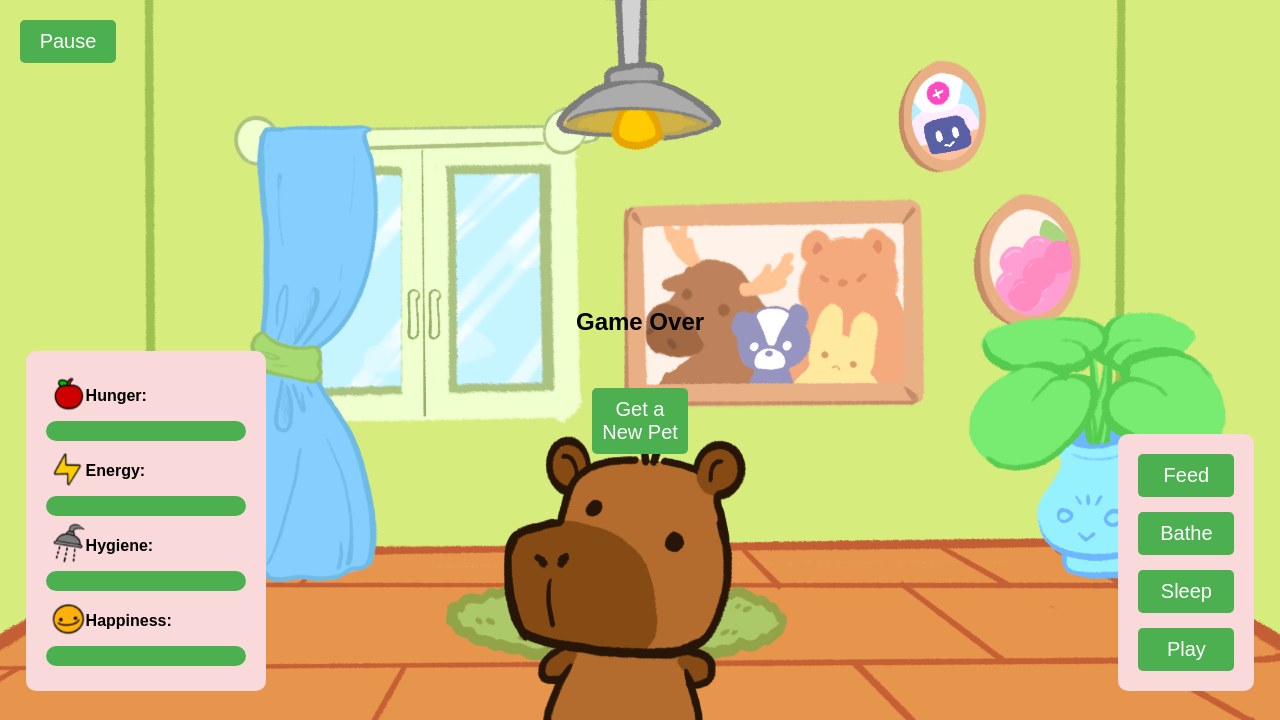
Repository: sarahjx/CapyCare
Page: html/index.html
These files come from the project's save history. The page is drawn as it stood at one moment and after the next save; the edit follows.
The browser window is 1280 px wide. The pictures show the whole page.
Some web fonts or font styles are not loaded; a fallback is used.

Above is the page before, as saved 2025-05-01 14:47:48.
Console error: TypeError: Cannot set properties of null (setting 'innerText')

### html/index.html
<!-- @format -->

<!DOCTYPE html>
<html lang="en">
  <head>
    <meta charset="UTF-8" />
    <meta name="viewport" content="width=device-width, initial-scale=1.0" />
    <title>Virtual Pet Game</title>
    <link rel="preconnect" href="https://fonts.googleapis.com">
    <link rel="preconnect" href="https://fonts.gstatic.com" crossorigin>
    <link href="https://fonts.googleapis.com/css2?family=McLaren&display=swap" rel="stylesheet">
    <link rel="stylesheet" href="../css/statusbar.css" />
  </head>
  <body>

    <div class="pet-container">
      <img class="pet-image" src="../images/capybara.png" alt="capybara" />
    </div>

    <div class="status-bar-container">

      <div class="status-bar">
        <div class="status-icon-container">
        <span class="hunger-icon"><img src="../images/hunger.svg" alt="hunger icon"></span>
        <span class="status-label">Hunger:</span>
        </div>
        <div class="status-progress">
          <div id="hunger-fill" class="status-fill"></div>
        </div>
        <div id="hunger-warning" class="warning"></div>
      </div>

      <div class="status-bar">
        <div class="status-icon-container">
        <span class="energy-icon"><img src="../images/energy.svg" alt="energy icon"></span>
        <span class="status-label">Energy:</span>
        </div>
        <div class="status-progress">
          <div id="energy-fill" class="status-fill"></div>
        </div>
        <div id="energy-warning" class="warning"></div>
      </div>

      <div class="status-bar">
        <div class="status-icon-container">
        <span class="hygiene-icon"><img src="../images/hygiene.svg" alt="hygiene icon"></span>
        <span class="status-label">Hygiene:</span>
        </div>
        <div class="status-progress">
          <div id="hygiene-fill" class="status-fill"></div>
        </div>
        <div id="hygiene-warning" class="warning"></div>
      </div>

      <div class="status-bar">
        <div class="status-icon-container">
        <span class="happiness-icon"><img src="../images/happiness.svg" alt="hygiene icon"></span>
        <span class="status-label">Happiness:</span>
        </div>
        <div class="status-progress">
          <div id="happiness-fill" class="status-fill"></div>
        </div>
        <div id="happiness-warning" class="warning"></div>
      </div>
    </div>

      <div class="action-buttons">
        <button onclick="feedPet(currentPet)">Feed</button>
        <button onclick="bathePet(currentPet)">Bathe</button>
        <button onclick="bedtime(currentPet)">Sleep</button>
        <button onclick="touchPet(currentPet)">Play</button>
      </div>
      <button id="pauseButton" onclick="togglePause()" class="pause-button">
        Pause
      </button>
    </div>

    <div id="gameOverScreen" class="game-over-screen">
      <div class="game-over-content">
        <h2>Game Over</h2>
        <p id="gameOverMessage"></p>
        <button onclick="resetGame()">Get a New Pet</button>
      </div>
    </div>

    <script src="../backend/status.js"></script>
  </body>
</html>

### css/statusbar.css
/** @format */

:root {
  --primary-color: #f9d9d9;
  --secondary-color: #d9e7f9;
  --tertiary-color: #fff1fb;
  --accent-color: #f7efd7;
  --text-color: #333;
  --spacing-xs: 0.5rem;
  --spacing-sm: 0.75rem;
  --spacing-md: 1rem;
  --spacing-lg: 1.5rem;
  --spacing-xl: 2rem;
  --spacing-xxl: 3rem;
  --font-family: "McLaren", sans-serif;
  --font-size-xs: 0.75rem;
  --font-size-sm: 0.875rem;
  --font-size-md: 1rem;
  --font-size-lg: 1.125rem;
  --font-size-xl: 1.25rem;
  --font-size-xxl: 1.5rem;
}

body {
  font-family: var(--font-family);
  margin: 0 auto;
  padding: 20px;
  background-image: url("../images/room.png");
  background-size: cover;
  background-repeat: no-repeat;
  background-attachment: fixed;
  background-position: center;
}

.pet-container {
  display: flex;
  flex-direction: column;
  align-items: center;
  justify-content: center;
}

.pet-image {
  transform: scale(0.3);
  position: fixed;
  margin-top: 1200px;
}

.status-bar-container {
  position: fixed;
  background-color: var(--primary-color);
  padding: 20px;
  border-radius: 10px;
  display: inline-flex;
  flex-direction: column;
  bottom: 4%;
  left: 2%;
}

.status-icon-container {
  display: flex;
  align-items: center;
  margin-bottom: 0;
}

.hunger-icon,
.energy-icon,
.happiness-icon,
.hygiene-icon {
  width: 10px;
  height: auto;
  margin-right: 30px;
}

.status-bar {
  margin: 0;
}

.status-label {
  display: inline-block;
  width: 100px;
  font-weight: bold;
  margin: 0;
}

.status-progress {
  width: 200px;
  height: 20px;
  background-color: #ffffff;
  border-radius: 10px;
  overflow: hidden;
  position: relative;
}

.status-fill {
  height: 100%;
  width: 100%;
  position: absolute;
  left: 0;
  top: 0;
  background-color: #4caf50;
  transition: width 0.3s ease;
}

.status-row {
  display: flex;
  align-items: center;
  gap: 10px;
  margin-bottom: 10px;
}

.status-icon {
  width: 24px;
  height: 24px;
}

.status-value {
  min-width: 50px;
  text-align: right;
  font-weight: bold;
  color: #333;
}

.action-buttons {
  margin-top: 20px;
  display: inline-flex;
  flex-direction: column;
  padding: 20px;
  border-radius: 10px;
  gap: 15px;
  background-color: var(--primary-color);
  position: fixed;
  right: 2%;
  bottom: 4%;
}

button {
  padding: 10px;
  border: none;
  border-radius: 5px;
  background-color: #4caf50;
  color: white;
  cursor: pointer;
  transition: background-color 0.3s;
  width: 6rem;
  font-family: var(--font-family);
  font-weight: 7pt;
  font-size: var(--font-size-xl);
}

button:hover {
  background-color: #45a049;
}

.warning {
  color: #ff9800;
  font-weight: bold;
  margin-top: 5px;
}

.critical {
  color: #f44336;
  font-weight: bold;
  margin-top: 5px;
}

.hidden {
  display: none;
}

.game-over-content {
  /* display: none; */
  position: fixed;
  display: flex;
  flex-direction: column;
  justify-content: center;
  align-items: center;
  left: 45%;
  top: 40%;
  padding: 0;
  margin: 0;
  background-color: 0000;


}

### backend/status.js
/** @format */

function Personality(favFood, active, clean, clingy, foodLover, introText) {
  this.favFood = favFood;
  this.active = active;
  this.clean = clean;
  this.clingy = clingy;
  this.foodLover = foodLover;
  this.intro = introText;
}

const mix1 = new Personality(
  "Sunfruit",
  true,
  true,
  true,
  true,
  "This pet is energetic and playful, always ready to explore or play. They love the taste of Sunfruit and will happily eat it when offered, but they'll need constant attention, so expect lots of petting and cuddling. Despite their active nature, they stay clean and are easy to bathe. This pet loves affection and will return it in kind!"
);
const mix2 = new Personality(
  "Snakberry",
  true,
  true,
  false,
  true,
  "This pet is full of energy and loves to make the most of their days. They are particularly fond of Snakberries, which they will devour happily, but they tend to get hungry more often due to their high energy levels. Despite their active nature, they keep themselves clean and are easy to bathe. They're not overly clingy, so while they'll happily spend time with you, they won't be demanding affection constantly."
);
const mix3 = new Personality(
  "Dreamleaf",
  false,
  false,
  true,
  false,
  "This pet is laid-back and enjoys spending time with you, always seeking your company. They love Dreamleaf as a treat, but they're not particularly food-driven and don't get hungry as often. While they may get a little dirty from time to time, they tend to move around when you try to bathe them. Expect them to seek out your attention frequently, and be ready to shower them with love when they come to you for pets."
);

const personalities = [mix1, mix2, mix3];

// Global variables
let currentPet = null;
let hunger = 100;
let energy = 100;
let hygiene = 100;
let happiness = 100;
let isGameOver = false;
let isPaused = false;

// Store interval IDs globally
let hungerInterval = null;
let energyInterval = null;
let hygieneInterval = null;
let happinessInterval = null;

// Initialize the game
function initializeGame() {
  currentPet = getRandomPersonality();
  hunger = 100;
  energy = 100;
  hygiene = 100;
  happiness = 100;
  updateStatusBars();
  updateIntervals();
}

function getRandomPersonality() {
  const randomIndex = Math.floor(Math.random() * personalities.length);
  currentPet = personalities[randomIndex];
  console.log("New pet initialized:", currentPet.intro);
  return currentPet;
}

// Personality-based status decrease functions
function decreaseHunger() {
  if (!currentPet || isGameOver) return;
  const decreaseAmount = currentPet.foodLover ? 15 : 10;
  hunger = Math.max(0, hunger - decreaseAmount);
  updateStatusBars();
  if (hunger === 0 && checkGameOver()) return;
}

function decreaseEnergy() {
  if (!currentPet || isGameOver) return;
  const decreaseAmount = currentPet.active ? 15 : 10;
  energy = Math.max(0, energy - decreaseAmount);
  updateStatusBars();
  if (energy === 0 && checkGameOver()) return;
}

function decreaseHygiene() {
  if (!currentPet || isGameOver) return;
  const decreaseAmount = currentPet.clean ? 8 : 12;
  hygiene = Math.max(0, hygiene - decreaseAmount);
  updateStatusBars();
  if (hygiene === 0 && checkGameOver()) return;
}

function decreaseHappiness() {
  if (!currentPet || isGameOver) return;
  const decreaseAmount = currentPet.clingy ? 15 : 10;
  happiness = Math.max(0, happiness - decreaseAmount);
  updateStatusBars();
  if (happiness === 0 && checkGameOver()) return;
}

// Update intervals with personality-based timing
function updateIntervals() {
  // Clear any existing intervals
  if (hungerInterval) clearInterval(hungerInterval);
  if (energyInterval) clearInterval(energyInterval);
  if (hygieneInterval) clearInterval(hygieneInterval);
  if (happinessInterval) clearInterval(happinessInterval);

  // Set new intervals based on personality
  hungerInterval = setInterval(
    () => {
      decreaseHunger();
      warning();
    },
    currentPet.foodLover ? 6000 : 8000
  );

  energyInterval = setInterval(
    () => {
      decreaseEnergy();
      warning();
    },
    currentPet.active ? 8000 : 12000
  );

  hygieneInterval = setInterval(
    () => {
      decreaseHygiene();
      warning();
    },
    currentPet.clean ? 18000 : 15000
  );

  happinessInterval = setInterval(
    () => {
      decreaseHappiness();
      warning();
    },
    currentPet.clingy ? 8000 : 10000
  );

  console.log("Intervals updated for pet:", currentPet.intro);
}

// Pause game function
function pauseGame() {
  if (hungerInterval) clearInterval(hungerInterval);
  if (energyInterval) clearInterval(energyInterval);
  if (hygieneInterval) clearInterval(hygieneInterval);
  if (happinessInterval) clearInterval(happinessInterval);
  console.log("Game paused");
}

// Resume game function
function resumeGame() {
  updateIntervals();
  console.log("Game resumed");
}

function touchPet(personality) {
  if (personality.clingy) {
    gainStatus("happiness");
    console.log("Your pet loves the attention!");
  } else {
    loseStatus("happiness");
    console.log("Your pet prefers their space.");
  }
}

function feedPet(personality) {
  gainStatus("hunger"); // Always increase hunger
  if (personality.foodLover) {
    gainStatus("happiness");
    console.log("Your pet loves the food!");
  } else {
    loseStatus("happiness");
    console.log("Your pet isn't very interested in food.");
  }
}

function bathePet(personality) {
  gainStatus("hygiene"); // Always increase hygiene
  if (personality.clean) {
    gainStatus("happiness");
    console.log("Your pet enjoys being clean!");
  } else {
    loseStatus("happiness");
    console.log("Your pet doesn't like baths.");
  }
}

function bedtime(personality) {
  const petImage = document.querySelector(".pet-image");
  if (petImage) {
    // Store the current image to return to
    const currentImage = petImage.src;

    // Show sleeping animation
    petImage.src = "../images/Sleep.PNG";

    // After 3 seconds, restore the previous state
    setTimeout(() => {
      updatePetImage();
    }, 3000);
  }

  gainStatus("energy"); // Always increase energy
  if (personality.active) {
    loseStatus("happiness");
    console.log("Your pet is too energetic to sleep!");
  } else {
    gainStatus("happiness");
    console.log("Your pet enjoys resting.");
  }
}

function gainStatus(category) {
  switch (category) {
    case "hunger":
      if (hunger >= 100) {
        console.log("Hunger is full!");
      } else if (hunger < 100) {
        hunger += 10;
        console.log("Hunger: " + hunger);
      }
      break;
    case "energy":
      if (energy >= 100) {
        console.log("Energy is full!");
      } else if (energy < 100) {
        energy += 10;
        console.log("Energy: " + energy);
      }
      break;
    case "hygiene":
      if (hygiene >= 100) {
        console.log("Hygiene is full!");
      } else if (hygiene < 100) {
        hygiene += 10;
        console.log("Hygiene: " + hygiene);
      }
      break;
    case "happiness":
      if (happiness >= 100) {
        console.log("Happiness is full!");
      } else if (happiness < 100) {
        happiness += 10;
        console.log("Happiness: " + happiness);
      }
      break;
    default:
      console.log("Invalid category");
  }
}

function loseStatus(category) {
  switch (category) {
    case "hunger":
      if (hunger <= 0) {
        console.log("Hunger is empty!");
        hunger = 0;
      } else if (hunger > 0) {
        hunger -= 10;
        console.log("Hunger: " + hunger);
      }
      break;
    case "energy":
      if (energy <= 0) {
        console.log("Energy is empty!");
        energy = 0;
      } else if (energy > 0) {
        energy -= 10;
        console.log("Energy: " + energy);
      }
      break;
    case "hygiene":
      if (hygiene <= 0) {
        console.log("Hygiene is empty!");
        hygiene = 0;
      } else if (hygiene > 0) {
        hygiene -= 10;
        console.log("Hygiene: " + hygiene);
      }
      break;
    case "happiness":
      if (happiness <= 0) {
        console.log("Happiness is empty!");
        happiness = 0;
      } else if (happiness > 0) {
        happiness -= 3;
        console.log("Happiness: " + happiness);
      }
      break;
    default:
      console.log("Invalid category");
  }
}

function warning() {
  // Hunger warnings
  if (hunger <= 50 && hunger > 20) {
    document.getElementById("hunger-warning").textContent =
      "Your pet is getting hungry!";
    document.getElementById("hunger-warning").className = "warning";
  } else if (hunger <= 20 && hunger > 0) {
    document.getElementById("hunger-warning").textContent =
      "Your pet is starving!";
    document.getElementById("hunger-warning").className = "critical";
  } else {
    document.getElementById("hunger-warning").textContent = "";
  }

  // Energy warnings
  if (energy <= 50 && energy > 20) {
    document.getElementById("energy-warning").textContent =
      "Your pet is getting tired!";
    document.getElementById("energy-warning").className = "warning";
  } else if (energy <= 20 && energy > 0) {
    document.getElementById("energy-warning").textContent =
      "Your pet is exhausted!";
    document.getElementById("energy-warning").className = "critical";
  } else {
    document.getElementById("energy-warning").textContent = "";
  }

  // Hygiene warnings
  if (hygiene <= 50 && hygiene > 20) {
    document.getElementById("hygiene-warning").textContent =
      "Your pet needs a bath!";
    document.getElementById("hygiene-warning").className = "warning";
  } else if (hygiene <= 20 && hygiene > 0) {
    document.getElementById("hygiene-warning").textContent =
      "Your pet is filthy!";
    document.getElementById("hygiene-warning").className = "critical";
  } else {
    document.getElementById("hygiene-warning").textContent = "";
  }

  // Happiness warnings
  if (happiness <= 50 && happiness > 20) {
    document.getElementById("happiness-warning").textContent =
      "Your pet is getting sad!";
    document.getElementById("happiness-warning").className = "warning";
  } else if (happiness <= 20 && happiness > 0) {
    document.getElementById("happiness-warning").textContent =
      "Your pet is depressed!";
    document.getElementById("happiness-warning").className = "critical";
  } else {
    document.getElementById("happiness-warning").textContent = "";
  }
}

function checkGameOver() {
  if (hunger <= 0 || energy <= 0 || hygiene <= 0 || happiness <= 0) {
    isGameOver = true;
    pauseGame();
    showGameOver();
    return true;
  }
  return false;
}

function showGameOver() {
  let reason = "";
  if (hunger <= 0) reason = "Your pet starved to death!";
  else if (energy <= 0) reason = "Your pet died from exhaustion!";
  else if (hygiene <= 0) reason = "Your pet died from poor hygiene!";
  else if (happiness <= 0) reason = "Your pet died from sadness!";

  console.log("GAME OVER: " + reason);
  document.getElementById("gameOverMessage").textContent = reason;
  document.getElementById("gameOverScreen").style.display = "flex";
}

function resetGame() {
  isGameOver = false;
  hunger = 100;
  energy = 100;
  hygiene = 100;
  happiness = 100;
  document.getElementById("gameOverScreen").style.display = "none";
  currentPet = getRandomPersonality();
  updateStatusBars();
  updateIntervals();
}

function togglePause() {
  isPaused = !isPaused;
  const pauseButton = document.getElementById("pauseButton");
  const buttons = document.querySelectorAll(
    ".buttons button:not(#pauseButton)"
  );

  if (isPaused) {
    pauseButton.textContent = "Resume";
    pauseButton.classList.add("paused");
    buttons.forEach((button) => (button.disabled = true));
    pauseGame();
  } else {
    pauseButton.textContent = "Pause";
    pauseButton.classList.remove("paused");
    buttons.forEach((button) => (button.disabled = false));
    resumeGame();
  }
}

// Update status bars
function updateStatusBars() {
  // Update the width of each status bar
  document.getElementById("hunger-fill").style.width = hunger + "%";
  document.getElementById("energy-fill").style.width = energy + "%";
  document.getElementById("happiness-fill").style.width = happiness + "%";
  document.getElementById("hygiene-fill").style.width = hygiene + "%";

  // Update pet image based on status
  updatePetImage();
}

// Override console.log to update UI
const originalConsoleLog = console.log;
console.log = function () {
  originalConsoleLog.apply(console, arguments);
  updateStatusBars();
};

// Simple toggle function
function toggleActions() {
  document.getElementById("action-buttons-column").classList.toggle("hidden");
  document.getElementById("toggle-button").classList.toggle("hidden");
}

// Initialize the game when the page loads
window.addEventListener("load", function () {
  initializeGame();
  // Update status bars every second
  setInterval(updateStatusBars, 1000);
});

// stopwatch

let [hours, minutes, seconds] = [0, 0, 0];
let timer = null;

function updateDisplay() {
  document.getElementById("display").innerText =
    `${String(hours).padStart(2, "0")}:` +
    `${String(minutes).padStart(2, "0")}:` +
    `${String(seconds).padStart(2, "0")}`;
}

function stopwatch() {
  seconds++;
  if (seconds === 60) {
    seconds = 0;
    minutes++;
    if (minutes === 60) {
      minutes = 0;
      hours++;
    }
  }
  updateDisplay();
}

function start() {
  if (timer !== null) return;
  timer = setInterval(stopwatch, 1000);
}

function stop() {
  clearInterval(timer);
  timer = null;
}

function reset() {
  stop();
  [hours, minutes, seconds] = [0, 0, 0];
  updateDisplay();
}

updateDisplay();

function updatePetImage() {
  const petImage = document.querySelector(".pet-image");
  if (!petImage) return;

  // Check if any status is 0 (dead)
  if (hunger <= 0 || energy <= 0 || hygiene <= 0 || happiness <= 0) {
    petImage.src = "../images/Fuckingdead.PNG";
    return;
  }

  // Check for multiple states
  if (hunger <= 60 && hygiene <= 60 && energy <= 60) {
    petImage.src = "../images/Dirty:Hungry:Tired.PNG";
  } else if (hunger <= 60 && hygiene <= 60) {
    petImage.src = "../images/Dirty:hungry.PNG";
  } else if (hunger <= 60 && energy <= 60) {
    petImage.src = "../images/Hungry:Tired.PNG";
  } else if (hygiene <= 60 && energy <= 60) {
    petImage.src = "../images/Dirty:Tired.PNG";
  } else if (energy <= 60) {
    petImage.src = "../images/Sleepy.PNG";
  } else if (hunger <= 60) {
    petImage.src = "../images/Hungry.PNG";
  } else if (hygiene <= 60) {
    petImage.src = "../images/Dirty.PNG";
  } else {
    petImage.src = "../images/Idle.PNG";
  }
}

After the next save:
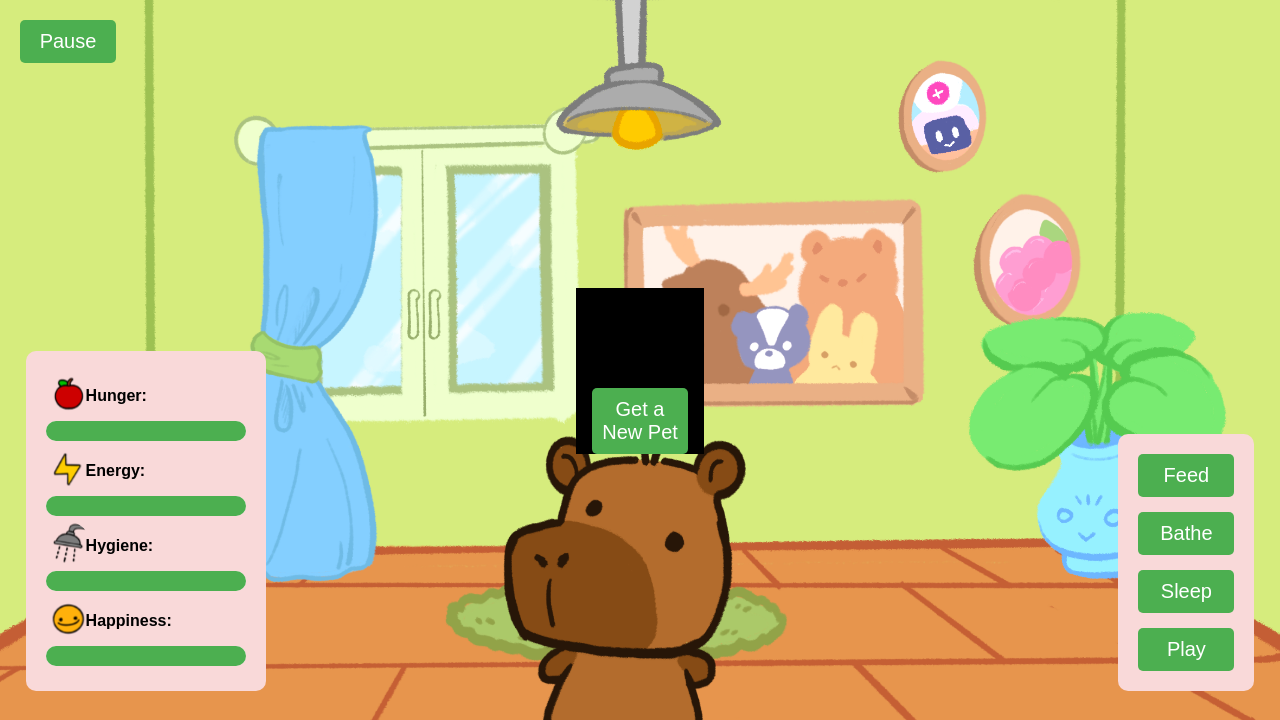
Saved 4 s later.
--- a/css/statusbar.css
+++ b/css/statusbar.css
@@ -178,7 +178,7 @@ button:hover {
   top: 40%;
   padding: 0;
   margin: 0;
-  background-color: 0000;
+  background-color: black;
 
 
 }

After the 3 saves that followed:
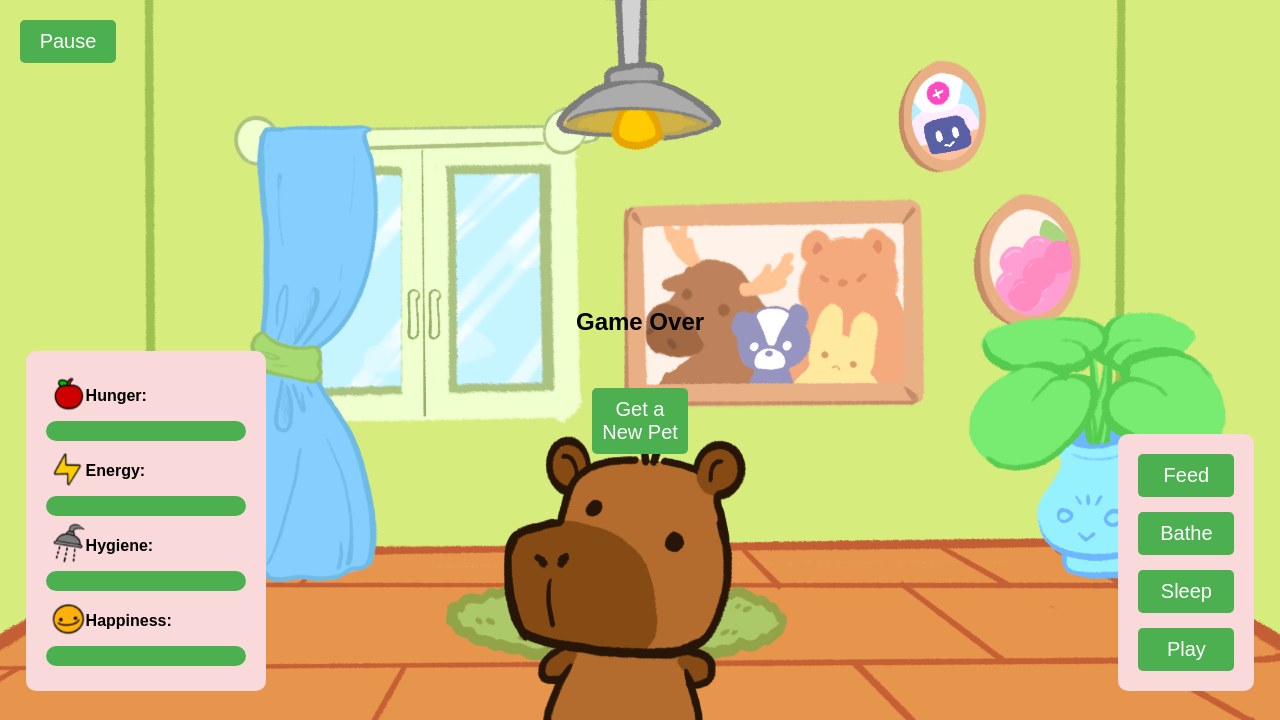
The 3 saves are shown as one change because 1 left the picture as it was and some came seconds apart.
The last was saved 13 s later.
--- a/css/statusbar.css
+++ b/css/statusbar.css
@@ -178,7 +178,7 @@ button:hover {
   top: 40%;
   padding: 0;
   margin: 0;
-  background-color: black;
+  background-color:
 
 
 }
